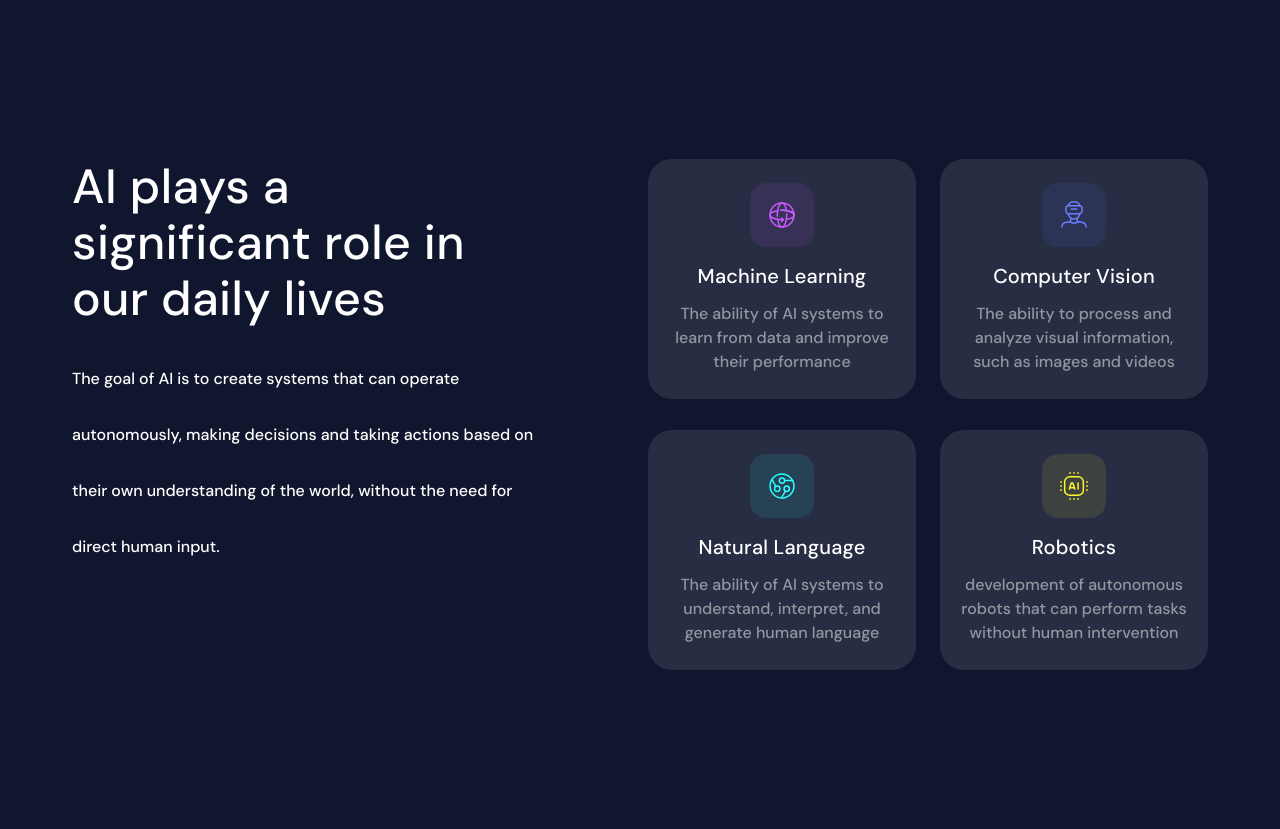
Repository: alphatra/INVO-Academy
Page: / (app in [lvl 1] Sekcja 4 obszarów AI/Starter-code/)
The author's editor kept a copy of each file at every save. The page is drawn from the files as they stood at one save, then again after the next save.
The browser window is 1280 px wide. The pictures show the whole page.
The project was rebuilt for these pictures with package versions that can differ from the ones it lists, and the page was loaded fresh each time.

Above is the page before, as saved 2023-03-24 17:33:30.

### [lvl 1] Sekcja 4 obszarów AI/Starter-code/index.html
<!DOCTYPE html>
<html lang="en">

<head>
  <meta charset="UTF-8" />
  <link rel="icon" type="image/svg+xml" href="/vite.svg" />
  <meta name="viewport" content="width=device-width, initial-scale=1.0" />
  <title>INVO Academy JS Starter with Vite</title>
</head>

<body>
  <section class="hero">
    <div class="hero__header">
      <div class="hero__title"><span>AI plays a significant role in our daily lives</span></div>
      <div class="hero__description">
        <span>
          The goal of AI is to create systems that can operate
          autonomously, making decisions and taking actions based on
          their own understanding of the world, without the need for direct human input.
        </span>
      </div>
    </div>
    <div class="hero__categories">
      <div class="hero__category">
        <div class="hero__category-image">
          <img src="/public/images/ML.svg" alt="Machine Learning">
        </div>
        <div class="hero__category-title">
          <span>Machine Learning</span></div>
        <div class="hero__category-description">
          <span>The ability of AI systems to learn from data and improve their performance</span></div>
      </div>
      <div class="hero__category">
        <div class="hero__category-image">
          <img src="/public/images/CV.svg" alt="Computer Vision">
        </div>
        <div class="hero__category-title">
          <span>Computer Vision</span></div>
        <div class="hero__category-description">
          <span>The ability to process and analyze visual information, such as images and videos</span></div>
      </div>
      <div class="hero__category">
        <div class="hero__category-image">
          <img src="/public/images/NL.svg" alt="Natural Language">
        </div>
        <div class="hero__category-title">
          <span>Natural Language</span></div>
        <div class="hero__category-description">
          <span> The ability of AI systems to understand, interpret, and generate human language</span></div>
      </div>
      <div class="hero__category">
        <div class="hero__category-image">
          <img src="/public/images/AI.svg" alt="Robotics">
        </div>
        <div class="hero__category-title">
          <span>Robotics</span></div>
        <div class="hero__category-description">
          <span>development of autonomous robots that can perform tasks without human intervention</span></div>
      </div>
    </div>
  </section>


  <script type="module" src="/src/global-scripts/main.js"></script>
  <script type="module" src="/src/pages/home-page/scripts/home-page.js"></script>
</body>

</html>

### [lvl 1] Sekcja 4 obszarów AI/Starter-code/src/pages/home-page/scripts/home-page.js
/// Homepage JavaScript File
/// Here we import all the JavaScript files we need for our homepage.

import '../styles/home-page.scss'

import { setupCounter } from '../../../global-scripts/scripts/counter/counter.js'

### [lvl 1] Sekcja 4 obszarów AI/Starter-code/src/global-styles/style.scss
/// Main Styles File
/// Here we import all the global Styles files we need for our project.

@import "styles/normalize.scss";
@import "styles/root.scss";
@import "styles/fonts.scss";

body {
  font-family: 'Roboto', sans-serif;
  color: var(--color-primary);
}

p {
  color: var(--color-on-surface);
}

### [lvl 1] Sekcja 4 obszarów AI/Starter-code/src/pages/home-page/styles/home-page.scss
:root{
    --color-background: rgb(15, 22, 45);
    --color-tile: rgb(39, 45, 66);
    --text-color: rgb(255, 255, 255);
    --text-sec-color:rgba(255, 255, 255, 0.5);
    --text-header__tittle-size: 48px;
    --text-header__tittle-line-height: 56px;
    --text-header__tittle-letter-spacing: 0.008em;
    --header-margin-bottom: 24px;
    --text-header__description-size: 16px;
    --text-header__description-line-height: 24px;
    --font-family: 'DM Sans', sans-serif;
    --font-weight-main: 500;
    --font-weight-sub: 400;
    --font-style-main: normal;
    --gap: 109px;
    --margin: 159px auto;
    --padding-hero: 0 16px;
    --padding-category: 24px 0;
    --tile-width: 268px;
    --tile-height: 240px;
    --border-radius: 24px;
    --row-gap: 31px;
    --column-gap: 24px;
}

body {
    background-color: var(--color-background);
}

h1,p,span {
    font-family: var(--font-family);
    color: var(--text-color);
    font-weight: var(--font-weight-main);
    font-style: var(--font-style-main);
}

.hero {
    max-width: 1136px;
    margin: var(--margin);
    padding: var(--padding-hero);
    display: flex;
    justify-content: center;
    gap: var(--gap);
    align-items: flex-start;


    &__header {
        display: flex;
        flex-wrap: wrap;
        max-width: 467px;
    }

    &__title {
        margin-block-start: 0;
        font-size: var(--text-header__tittle-size);
        line-height: var(--text-header__tittle-line-height);
        font-weight: var(--font-weight-main);
        letter-spacing: var(--text-header__tittle-letter-spacing);
        margin-bottom: var(--header-margin-bottom);
    }

    &__description {
        font-size: var(--text-header__description-size);
        line-height: var(--text-header__tittle-line-height);
        font-weight: var(--font-weight-sub);
    }

    &__categories {
        display: grid;
        flex-wrap: wrap;
        grid-template-columns: repeat(2, minmax(45%, 1fr));
        column-gap: var(--column-gap);
        row-gap: var(--row-gap);
        text-align: center;

    }
    &__category {

        padding: var(--padding-category);
        display: flex;
        flex-direction: column;
        gap: 14px;
        box-sizing: border-box;
        width: var(--tile-width);
        min-height: var(--tile-height);
        background: var(--color-tile);
        border-radius: var(--border-radius);
        transition: box-shadow 0.2s ease-in-out;
        align-content: start;

        &-image {

        }

        &-title {
            font-size: 20px;
            letter-spacing: 0.2px;

        }

        &-description {
            font-weight: var(--font-weight-sub);
            font-size: 16px;
            line-height: 24px;
            padding: 0 16px;
            opacity: 0.5;
        }
    }
}

@media only screen and (min-width: 768px) and (max-width: 959px){
    .hero{
        max-width: 496px;
        margin:247px auto;
        flex-direction: column;
        gap: 0;
        &__header{
            align-self: center;
            max-width: 496px;
        }
        &__title{
            margin-bottom: 16px;
        }
        &__description{
            margin-bottom: 24px;
        }
        &__categories{
            max-width: 496px;
            align-self: center;
            gap: 16px;
        }
        &__category{
            padding: 20px 0;
            width: 240px;
            min-height: 218px;
            border-radius: 20px;
            &-image > img{
                width: 56px;
                height: 56px;
            }
            &-title{
                font-size: 20px;
            }
            &-description{
                font-size: 14px;
                line-height: 22px;
            }
        }
    }
}

@media only screen and (max-width: 767px){
    .hero{
        max-width: 343px;
        margin: 48px auto;
        flex-direction: column;
        gap: 0;
        &__header{
            align-self: center;
            max-width: 496px;
        }
        &__title{
            font-size: 32px;
            line-height: 40px;
            margin-bottom: 16px;
        }
        &__description{
            font-size: 16px;
            margin-bottom: 24px;
        }
        &__categories{
            max-width: 496px;
            margin-left: 0;
            align-self: center;
            gap: 16px;
            grid-template-columns: repeat(1, 1fr);
        }
        &__category{
            border-radius: 20px;
            padding: 20px 0;
            width: 343px;
            min-height: 196px;
            &-image > img{
                width: 56px;
                height: 56px;
            }
            &-title{
                font-size: 20px;
            }
            &-description{
                font-size: 14px;
                line-height: 22px;
                padding: 0 20px;
            }
        }
    }
}
@media only screen and (max-width: 375px){
    .hero{
        max-width: 100%;
        margin: 48px auto;
;
        &__header{
            max-width: 100%;
        }
        &__title{
            line-height: 32px;

        }
        &__description{

        }
        &__categories{
            max-width: 100%;
            align-self: center;
            gap: 1em;
            grid-template-columns: repeat(1, 1fr);
        }
        &__category{
            border-radius: 20px;
            padding: 12px 0;
            width: 100%;

            &-image > img{
                width: 54px;
                height: 54px;
            }
            &-title{
            }
            &-description{
                line-height: 18px;
                padding: 0 16px;
            }
        }
    }
}

### [lvl 1] Sekcja 4 obszarów AI/Starter-code/src/global-scripts/scripts/counter/counter.js
/// Sample js file for demo purposes
/// Remember to always export your functions
/// so that they can be used in other files

export function setupCounter(element) {
  let counter = 0
  const setCounter = (count) => {
    counter = count
    element.innerHTML = `script test - count is ${counter}`
  }
  element.addEventListener('click', () => setCounter(counter + 1))
  setCounter(0)
}

### [lvl 1] Sekcja 4 obszarów AI/Starter-code/src/global-styles/styles/root.scss
/// Root Styles file
/// Here we define all the root variables we need for our project.
/// For examples see Material Design color system: https://m2.material.io/design/color/the-color-system.html

:root {
    --color-primary: #5721f2;
    --color-on-surface: #000;
}

### [lvl 1] Sekcja 4 obszarów AI/Starter-code/src/global-styles/styles/fonts.scss
/// Main Fonts File
/// Here we import all the fonts files we need for our project.

@import url('https://fonts.googleapis.com/css2?family=Roboto:ital,wght@0,100;0,300;0,400;0,500;0,700;0,900;1,100;1,300;1,400;1,500;1,700;1,900&display=swap');
@import url('https://fonts.googleapis.com/css2?family=DM+Sans:wght@400;500&display=swap');

Loaded but not shown: [lvl 1] Sekcja 4 obszarów AI/Starter-code/src/global-scripts/main.js (common file); [lvl 1] Sekcja 4 obszarów AI/Starter-code/src/global-styles/styles/normalize.scss (common file)

After the next save:
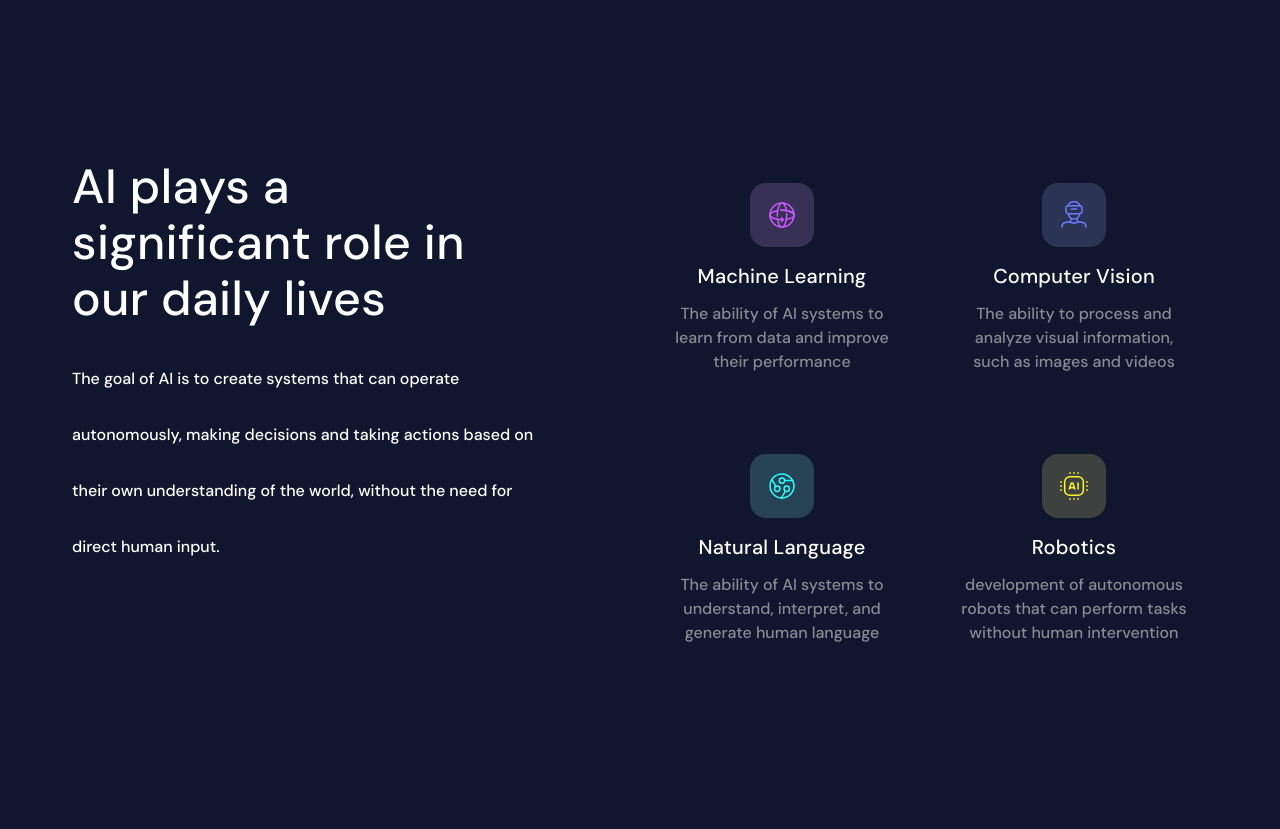
Saved 47 s later.
--- a/[lvl 1] Sekcja 4 obszarów AI/Starter-code/src/pages/home-page/styles/home-page.scss
+++ b/[lvl 1] Sekcja 4 obszarów AI/Starter-code/src/pages/home-page/styles/home-page.scss
@@ -1,6 +1,6 @@
 :root{
     --color-background: rgb(15, 22, 45);
-    --color-tile: rgb(39, 45, 66);
+    --color-category: rgb(39, 45, 66);
     --text-color: rgb(255, 255, 255);
     --text-sec-color:rgba(255, 255, 255, 0.5);
     --text-header__tittle-size: 48px;
@@ -17,8 +17,8 @@
     --margin: 159px auto;
     --padding-hero: 0 16px;
     --padding-category: 24px 0;
-    --tile-width: 268px;
-    --tile-height: 240px;
+    --category-width: 268px;
+    --category-height: 240px;
     --border-radius: 24px;
     --row-gap: 31px;
     --column-gap: 24px;
@@ -82,8 +82,8 @@
         flex-direction: column;
         gap: 14px;
         box-sizing: border-box;
-        width: var(--tile-width);
-        min-height: var(--tile-height);
+        width: var(--category-width);
+        min-height: var(--category-height);
         background: var(--color-tile);
         border-radius: var(--border-radius);
         transition: box-shadow 0.2s ease-in-out;

After the save that followed:
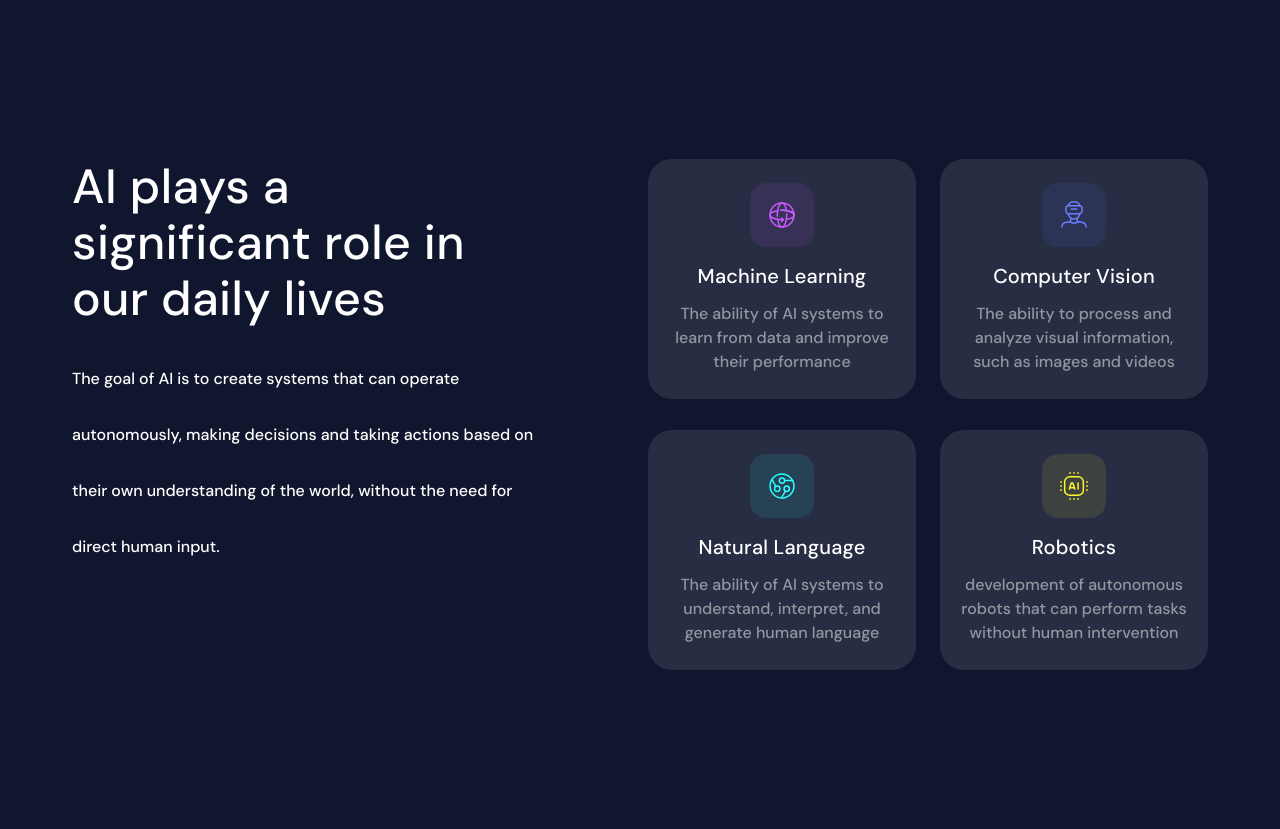
Saved 22 s later.
--- a/[lvl 1] Sekcja 4 obszarów AI/Starter-code/src/pages/home-page/styles/home-page.scss
+++ b/[lvl 1] Sekcja 4 obszarów AI/Starter-code/src/pages/home-page/styles/home-page.scss
@@ -84,7 +84,7 @@
         box-sizing: border-box;
         width: var(--category-width);
         min-height: var(--category-height);
-        background: var(--color-tile);
+        background: var(--color-category);
         border-radius: var(--border-radius);
         transition: box-shadow 0.2s ease-in-out;
         align-content: start;
